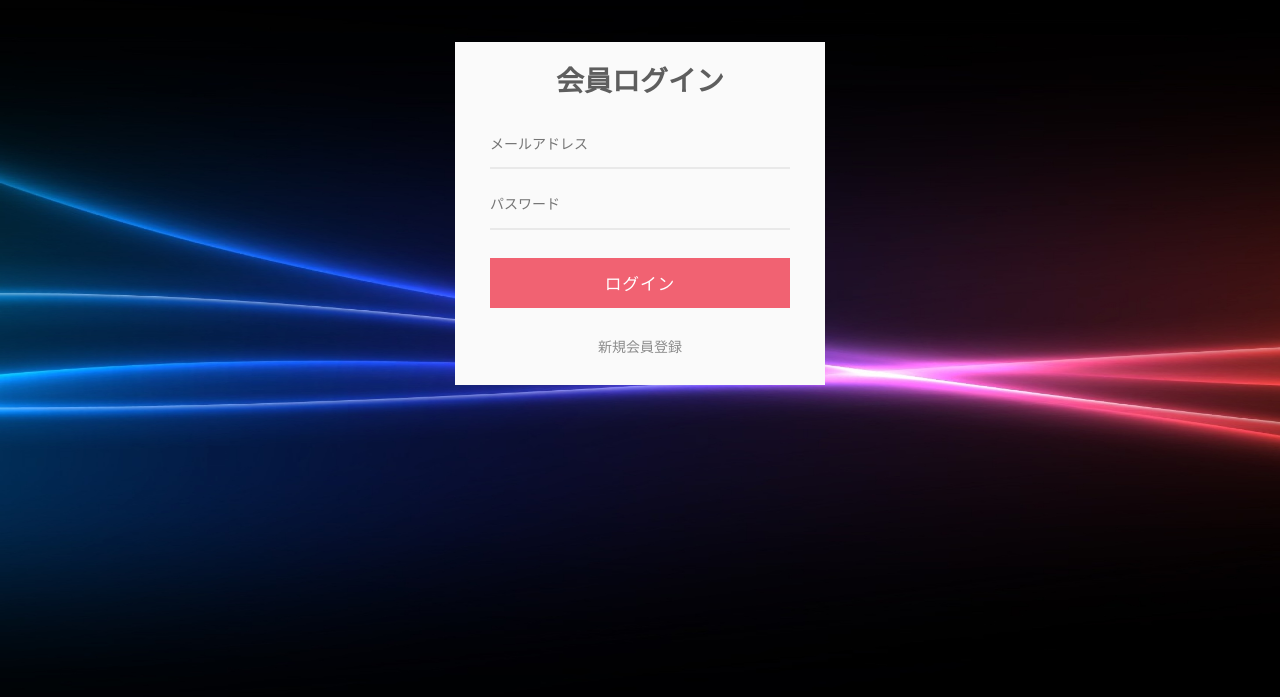
Repository: kawaguchi-mizuki/ntmc
Page: http://localhost/movie/login
The author's editor kept a copy of each file at every save. The page is drawn from the files as they stood at one save, then again after the next save.
The browser window is 1280 px wide. The pictures show the whole page.
The page is served by Tomcat 9.

Above is the page before, as saved 2019-07-02 05:02:55.

After the next save:
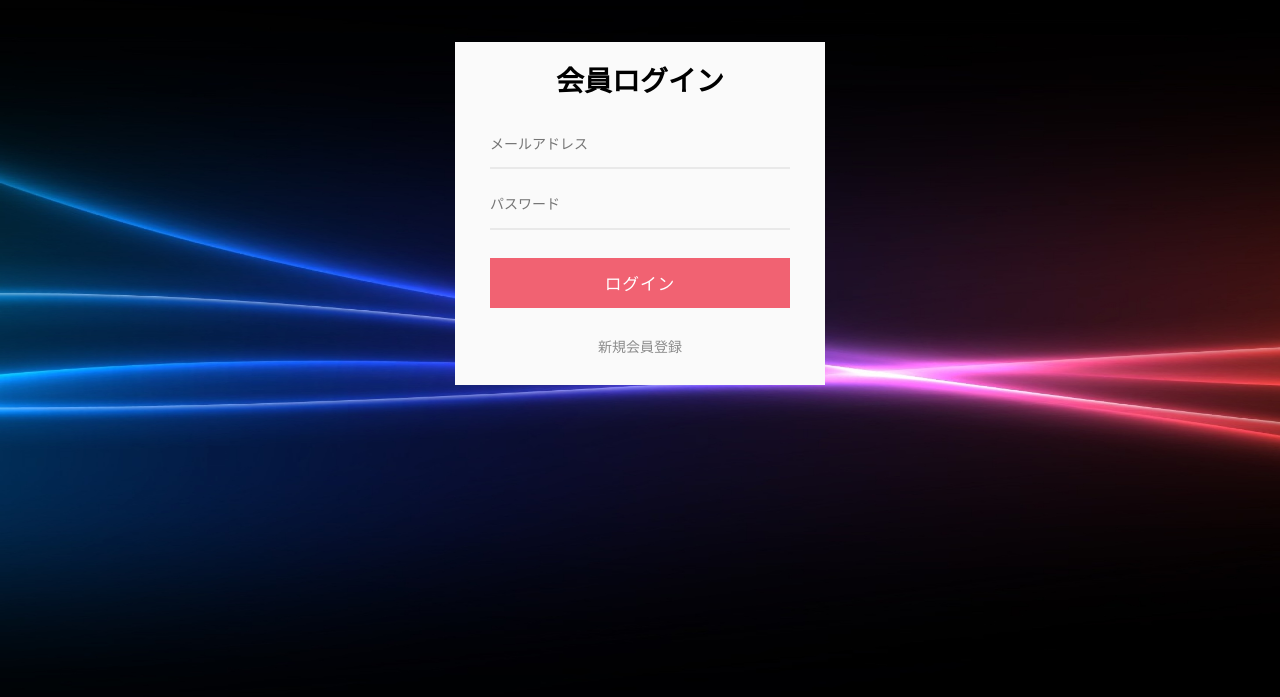
Saved 40 s later.
--- a/開発/movie/movie/WebContent/css/user_login.css
+++ b/開発/movie/movie/WebContent/css/user_login.css
@@ -12,8 +12,6 @@
 
 /* body */
 body {
-  background: #e9e9e9;
-  color: #5e5e5e;
   font: 400 87.5%/1.5em 'Open Sans', sans-serif;
 }
 
